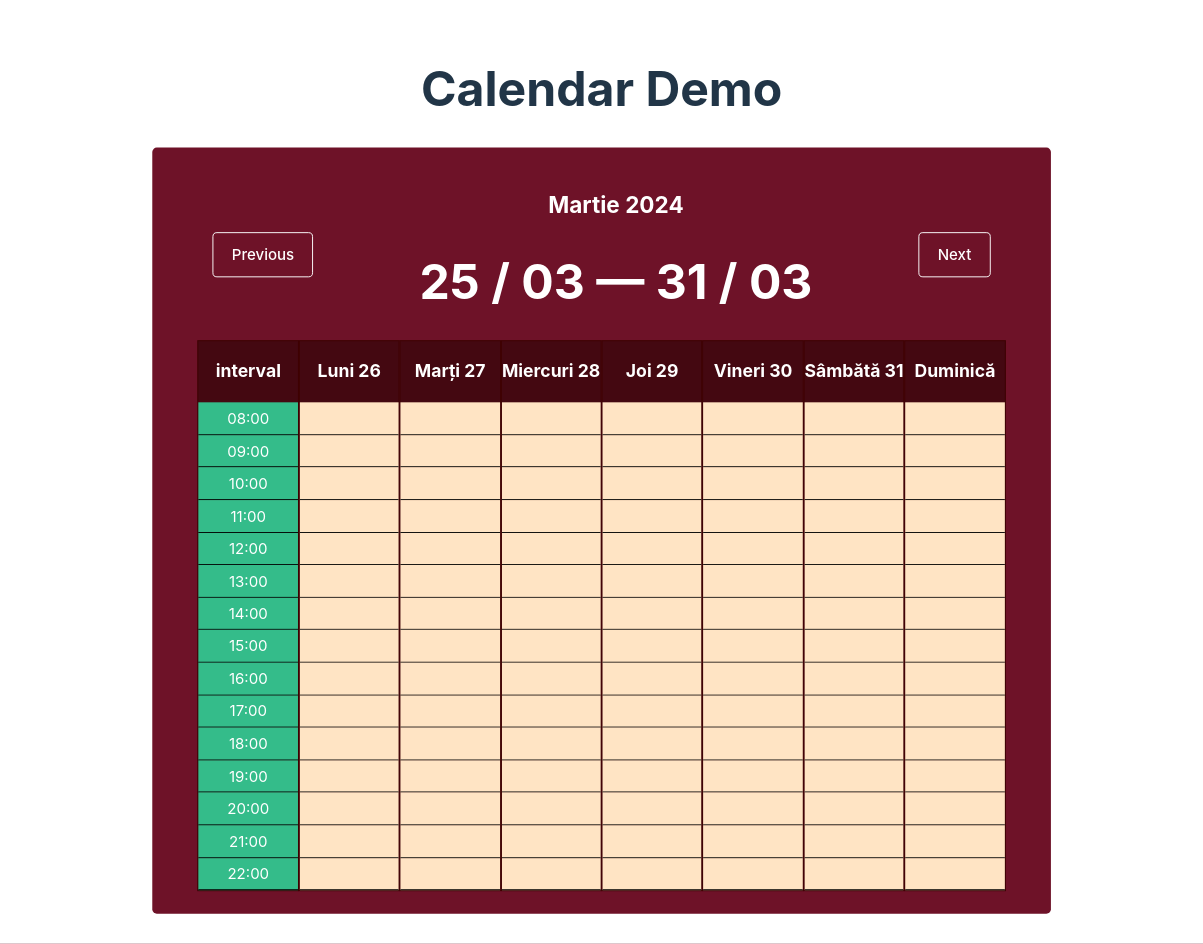
Repository: Maryie-B/weekly-calendar-scheduler
Page: /
An editor plug-in stored every save of this project. The page is shown before and after the next save, followed by the edit.
The browser window is 1280 px wide. The pictures show the whole page, at 94% of full size.
The project was rebuilt for these pictures with package versions that can differ from the ones it lists, and the page was loaded fresh each time. Also part of the build but not shown: vite.config.js.

Above is the page before, as saved 2024-03-26 17:56:10.

### src/App.jsx
import './App.css'
import CalendarHeader from './CalendarHeader'
import CalendarDays from './CalendarDays'
import { useState, useEffect } from 'react';

function App() {

  const [currentWeekStart, setCurrentWeekStart] = useState(() => {
    const now = new Date();
    const currentDay = now.getDay();
    const untilMonday = currentDay === 0 ? 6 : currentDay - 1;
    now.setDate(now.getDate() - untilMonday);
    return now;
});

const [currentWeekEnd, setCurrentWeekEnd] = useState(() => {
  const end = new Date(currentWeekStart);
  end.setDate(currentWeekStart.getDate() + 6);
  return end;
});

const [currentDates, setCurrentDates] = useState(() => {
  const dates = [];
  const day = new Date(currentWeekStart);
  for (let i = 0; i < 7; i++) {
    let nr = day.getDate() + i;
    dates.push(nr);
  }
  return dates;
});


useEffect(() => {
  const end = new Date(currentWeekStart);
  end.setDate(currentWeekStart.getDate() + 6);
  setCurrentWeekEnd(end);
}, [currentWeekStart]);

const handleGoToPreviousWeek = () => {
  setCurrentWeekStart((prevDate) => {
      const newDate = new Date(prevDate);
      newDate.setDate(newDate.getDate() - 7);
      return newDate;
  });
};

const handleGoToNextWeek = () => {
  setCurrentWeekStart((prevDate) => {
      const newDate = new Date(prevDate);
      newDate.setDate(newDate.getDate() + 7);
      return newDate;
  });
};

const startMonth = currentWeekStart.getMonth();
const endMonth = currentWeekEnd.getMonth();
const startYear = currentWeekStart.getFullYear();
const endYear = currentWeekEnd.getFullYear();

const monthsNames = ['Ianuarie', 'Februarie', 'Martie', 'Aprilie',
                      'Mai', 'Iunie', 'Iulie', 'August', 'Septembrie', 'Octombrie', 'Noiembrie', 'Decembrie'];

let calendarHeader = `${monthsNames[startMonth]} ${startYear}`;
if (startMonth !== endMonth || startYear !== endYear) {
  calendarHeader += ` — ${monthsNames[endMonth]} ${endYear} `
}

let weekStartMonthNumber = currentWeekStart.getMonth() + 1;
let weekEndMonthNumber = currentWeekEnd.getMonth() + 1;

weekStartMonthNumber = weekStartMonthNumber < 10 ? `0${weekStartMonthNumber}` : weekStartMonthNumber;
weekEndMonthNumber = weekEndMonthNumber < 10 ? `0${weekEndMonthNumber}` : weekEndMonthNumber;

const datesRange = `${currentWeekStart.getDate()} / ${weekStartMonthNumber} — ${currentWeekEnd.getDate()} / ${weekEndMonthNumber}`;


  return (
    <>
      <h1>Calendar Demo</h1>
      <div className='calendar-wrapper'>

        <CalendarHeader handleGoToNextWeek={handleGoToNextWeek} handleGoToPreviousWeek={handleGoToPreviousWeek} datesRange={datesRange} calendarHeader={calendarHeader} />
        <CalendarDays  currentDates={currentDates} />
      </div>
    </>
  )
}

export default App

### src/App.css
#root {
  max-width: 1280px;
  margin: 0 auto;
  padding: 2rem;
  text-align: center;
}

.calendar-wrapper {
  background-color: rgb(110, 18, 40);
  min-width: 700px;
  min-height: 400px;
  color: white;
  padding: 1.5rem 3rem;
  border-radius: 0.3rem;
}

.calendar-header {
  display: flex;
  flex-direction: row;
  align-items: center;
  justify-content: space-between;

}


.calendar-button {
  background-color: rgba(0, 0, 0, 0);
  height: 3rem;
  align-items: center;
  justify-content: center;
  border-color: white;
  border-radius: 0.3rem;
  color: white;
  font-size: 1rem;
  margin: 1rem;
}

.calendar-text {
  padding: 0rem 1rem;
}

.calendar-days-wrapper {
  display: grid;
  text-align: center;
  grid-template-columns: repeat(8, 1fr);
}

.days-header {
  background-color: rgb(68, 8, 17);
  min-height: 2rem;
  border: solid rgb(63, 2, 2) 1px;
}

.hour-intervals {
  background-color: rgb(52, 188, 138);
  padding: 0.3rem;
  border-bottom: solid black 1px;
}

.hour-intervals-empty {
  min-height: 2.1rem;
  background-color: bisque;
  border-bottom: solid black 1px;
}

### src/CalendarHeader.jsx
/* eslint-disable react/prop-types */


const CalendarHeader = ({handleGoToNextWeek, handleGoToPreviousWeek, datesRange, calendarHeader}) => {

  return (
    <div className="calendar-header">
        <button className='calendar-button' onClick={handleGoToPreviousWeek}>Previous</button>
        <div className="calendar-text">
        <h2>{calendarHeader}</h2>
        <h1>{datesRange}</h1>
        </div>
        <button className='calendar-button' onClick={handleGoToNextWeek}>Next</button>
    </div>
  )
}

export default CalendarHeader;

### src/CalendarDays.jsx
/* eslint-disable react/no-unknown-property */

const CalendarDays = ({currentDates}) => {
  const weekDays = ['interval ', 'Luni', 'Marți', 'Miercuri', 'Joi', 'Vineri', 'Sâmbătă', 'Duminică']

  const hours = [];
  for (let i = 8; i <= 22; i++) {
    hours.push(i);
  }

  const handleIntervalClick = (e) => {
    console.log(e.target.getAttribute('test'), 'This interval has been clicked!');
  };

  return (
    <div className="calendar-days-wrapper">
      {weekDays.map((day, index) => {
        return (

        index === 0 ?
        <div className="days-header" key={index}>
           <h3>{day}</h3>
           {hours.map((hour, index) => {
               return (
                   <div className="hour-intervals" key={hour}>{hour < 10 ? `0${hour}:00` : `${hour}:00`}</div>
               )
           })}
        </div>
        :
        <div className="days-header" key={index}>
        <h3>{day} {currentDates[index]}</h3>
        {hours.map((hour, index) => {
            return (
                <div className="hour-intervals-empty" test={hour} key={hour} onClick={handleIntervalClick}> </div>
            )
        })}
        </div>
        )
      })}
    </div>
  )
}

export default CalendarDays

Loaded but not shown: index.html (common file); src/main.jsx (common file); src/index.css (common file)

After the next save:
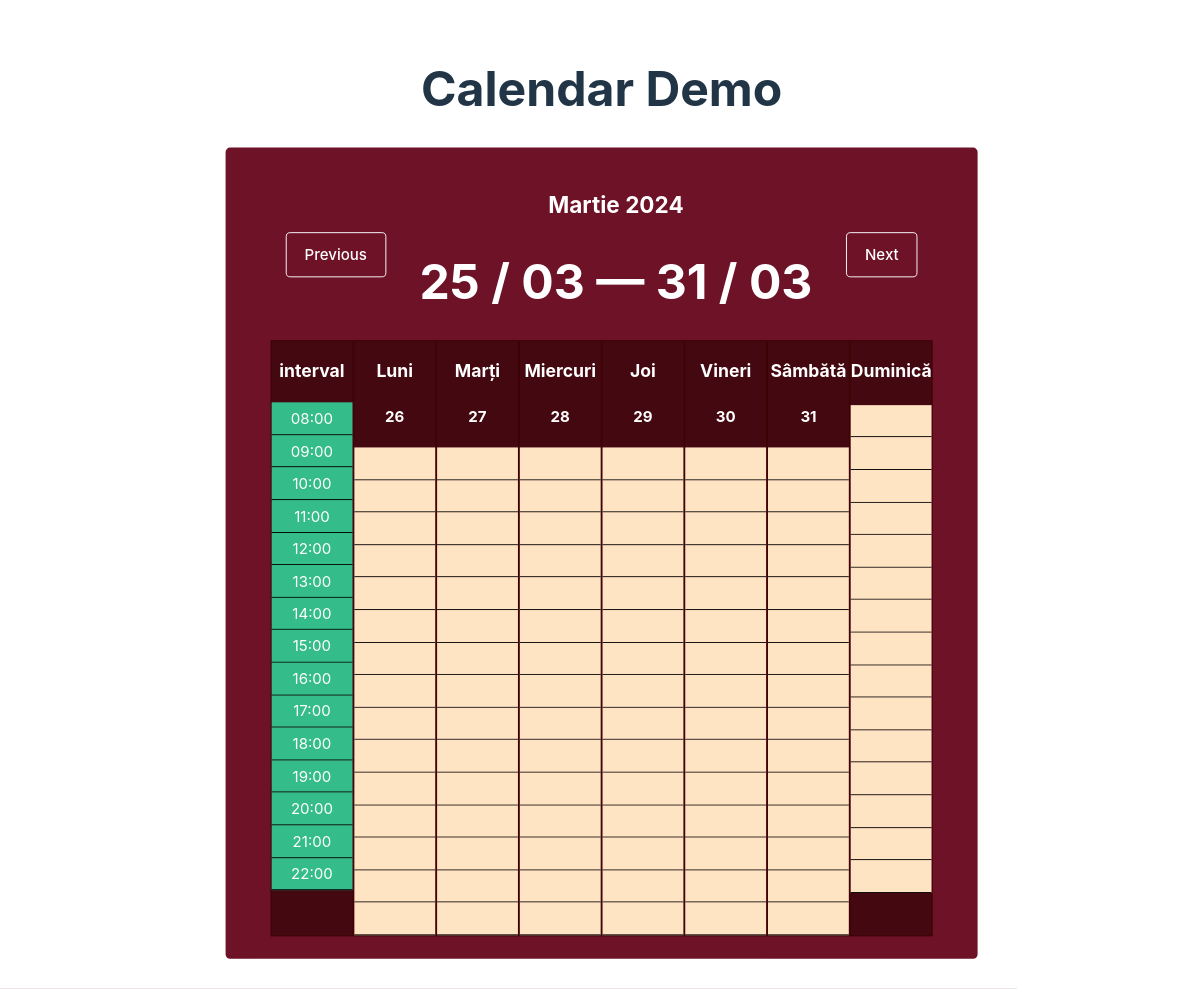
Saved 29 s later.
--- a/src/CalendarDays.jsx
+++ b/src/CalendarDays.jsx
@@ -28,7 +28,8 @@
         </div>
         :
         <div className="days-header" key={index}>
-        <h3>{day} {currentDates[index]}</h3>
+        <h3>{day}</h3>
+        <h4>{currentDates[index]}</h4>
         {hours.map((hour, index) => {
             return (
                 <div className="hour-intervals-empty" test={hour} key={hour} onClick={handleIntervalClick}> </div>

After the save that followed:
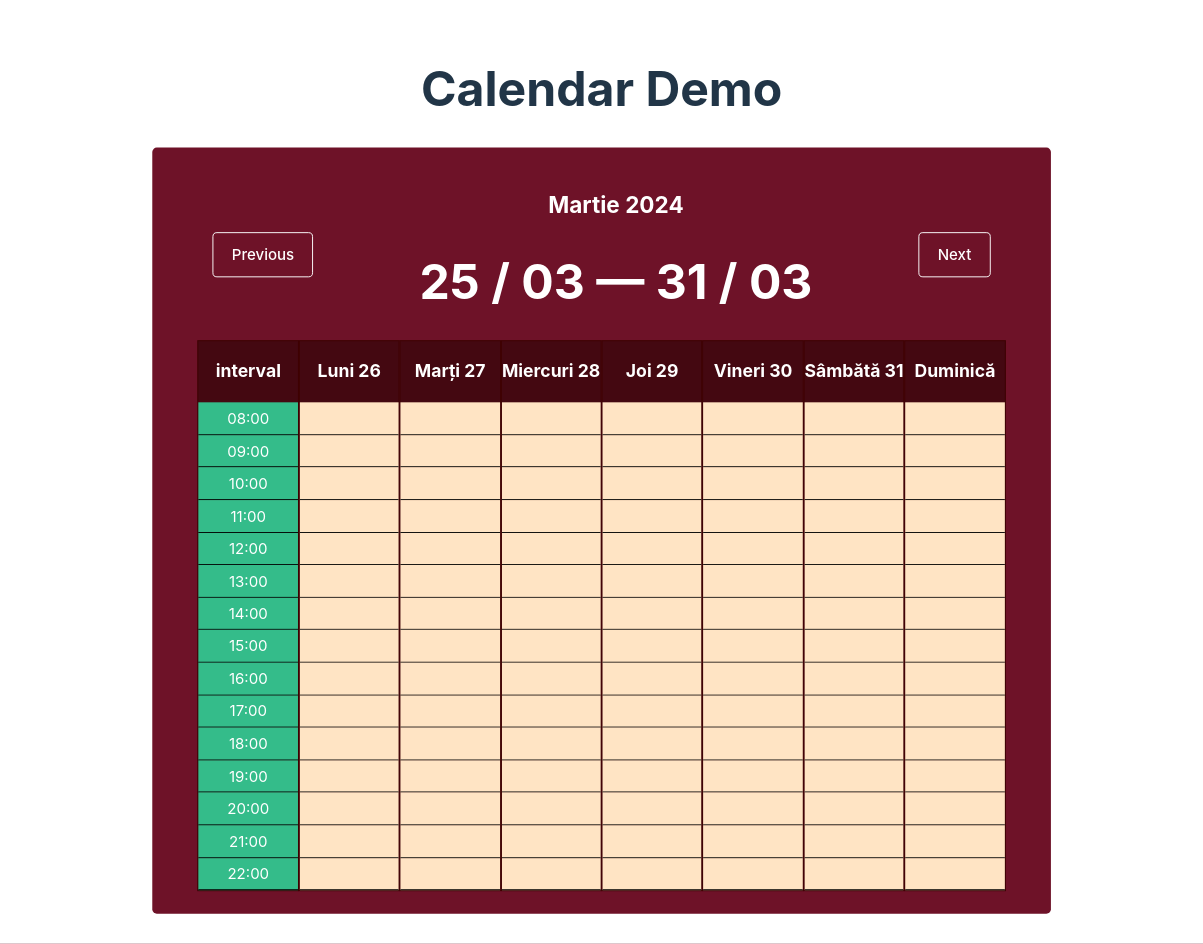
Saved 8 s later.
--- a/src/CalendarDays.jsx
+++ b/src/CalendarDays.jsx
@@ -28,8 +28,7 @@
         </div>
         :
         <div className="days-header" key={index}>
-        <h3>{day}</h3>
-        <h4>{currentDates[index]}</h4>
+        <h3>{day} {currentDates[index]}</h3>
         {hours.map((hour, index) => {
             return (
                 <div className="hour-intervals-empty" test={hour} key={hour} onClick={handleIntervalClick}> </div>
